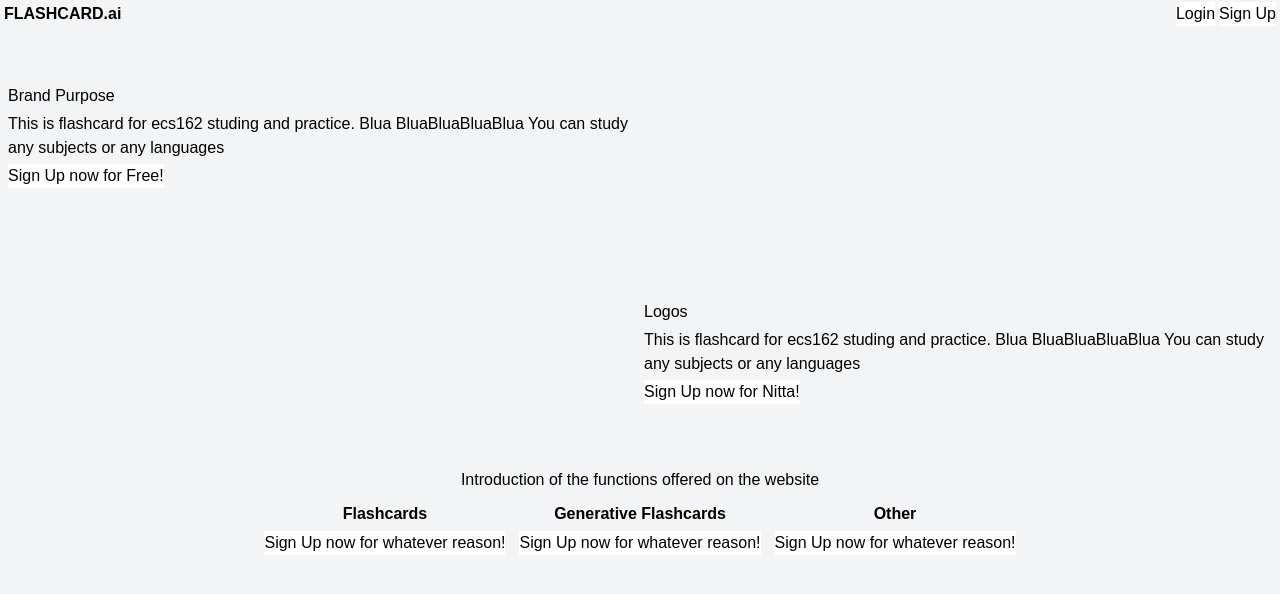
Repository: greg-chang/flashcard-website
Page: / (app in frontend/)
These files come from the project's save history. The page is drawn as it stood at one moment and after the next save; the edit follows.
The browser window is 1280 px wide. The pictures show the whole page.
The page's requests for data from a server got no answer. The project was rebuilt for these pictures with package versions that can differ from the ones it lists, and the page was loaded fresh each time. Some packages were replaced by stand-ins written for this rebuild. The framework's server and built-in components were replaced by stand-ins that run in the browser. No one was signed in, and anything a server would have sent is missing. Also part of the build but not shown: frontend/next.config.ts, frontend/src/app/components/CardComponent.tsx, frontend/src/app/components/UserInterface.tsx.

Above is the page before, as saved 2025-05-29 22:20:23.

### frontend/src/app/layout.tsx
import type { Metadata } from "next";
import { Geist, Geist_Mono } from "next/font/google";
import { ClerkProvider } from '@clerk/nextjs';
import "./globals.css";

const geistSans = Geist({
  variable: "--font-geist-sans",
  subsets: ["latin"],
});

const geistMono = Geist_Mono({
  variable: "--font-geist-mono",
  subsets: ["latin"],
});

export const metadata: Metadata = {
  title: "Flashcard Website",
  description: "ECS 162 - Web Programming Final Project",
};

export default function RootLayout({
  children,
}: Readonly<{
  children: React.ReactNode;
}>) {
  return (
    <ClerkProvider>
      <html lang="en">
        <body
          className={`${geistSans.variable} ${geistMono.variable} antialiased`}
        >
          {children}
        </body>
      </html>
    </ClerkProvider>
  );
}

### frontend/src/app/page.tsx
'use client';
import Homepage from './components/Homepage';
import UserInterface from './components/UserInterface';
import Dashboard from './components/Dashboard';
import { useUser } from '@clerk/nextjs';

export default function Home() {
  const { isSignedIn, isLoaded } = useUser();
  if (!isLoaded) {
    return <div>Loading...</div>;
  }
  return (
    <main className="min-h-screen bg-gray-100">
      {isSignedIn ? <UserInterface /> : <Homepage />}
    </main>
  );
}

### frontend/src/app/globals.css
@import "tailwindcss";

:root {
  --background: var(--color-sand);
  --foreground: var(--color-walnut);
}

@theme {
  /* Light */
  --color-sand: #F0EAE2 ;
  /* Medium */
  --color-coffee: #937156 ;
  /* Medium Text */
  --color-walnut: #8F6E4F ;
  /* VERY DARK */
  --color-expresso: #341D09 ;
  /* DESATURATED MEDIUM */
  --color-mocha: #604E3C ;
}

@theme inline {
  --color-background: var(--background);
  --color-foreground: var(--foreground);
  --font-sans: var(--font-geist-sans);
  --font-mono: var(--font-geist-mono);
}
/*
@john found out that this is what caused the white text of white background
@media (prefers-color-scheme: dark) {
  :root {
    --background: #0a0a0a;
    --foreground: #ededed;
  }
} */

body {
  background: var(--background);
  color: var(--foreground);
  font-family: Arial, Helvetica, sans-serif;
}

### frontend/src/app/components/Homepage.tsx
'use client';
import {
  Box,
  Button,
  Center,
  Heading,
  Stack,
  Text,
  VStack,
  HStack,
  SimpleGrid,
  Flex,
} from '@chakra-ui/react';
import { SignInButton, SignUpButton } from '@clerk/nextjs';
import Header from './Header';

export default function Homepage() {
  return (
    <Box minH="100vh" bg="pink.50" color="black">
      <Header />
      {/* Intro*/}
      {/* https://www.chakra-ui.com/docs/components/simple-grid
      // https://www.chakra-ui.com/docs/components/stack */}
      <SimpleGrid columns={[1, null, 2]} spacing={8} p={8} alignItems="center">
        <VStack align="start" spacing={4}>
          <Heading size="lg">Brand Purpose</Heading>
          <Text>
            This is flashcard for ecs162 studing and practice. Blua BluaBluaBluaBlua You can study any subjects or any languages
          </Text>
          <SignUpButton mode="modal">
            <Button bg="white" _hover={{ bg: 'gray.100' }}>
              Sign Up now for Free!
            </Button>
          </SignUpButton>
        </VStack>
        <Box bg="pink.300" h="200px" borderRadius="full" />
      </SimpleGrid>

      {/* LOGO*/}
      <SimpleGrid columns={[1, null, 2]} spacing={8} p={8} alignItems="center">
        <Box bg="pink.400" h="200px" borderRadius="full" />
        <VStack align="start" spacing={4}>
          <Heading size="lg">Logos</Heading>

          <Text>This is flashcard for ecs162 studing and practice. Blua BluaBluaBluaBlua You can study any subjects or any languages</Text>
          <SignUpButton mode="modal">
            <Button bg="white" _hover={{ bg: 'gray.100' }}>
            Sign Up now for Nitta!
            </Button>
          </SignUpButton>
        </VStack>
      </SimpleGrid>

      {/* Funtionality introduction  Maybe add some content here?*/}
      <Center p={8}>
        <VStack spacing={6} w="full">
          <Heading size="md">Introduction of the functions offered on the website</Heading>
          <SimpleGrid columns={[1, null, 3]} spacing={6} w="full">
            {['Flashcards', 'Generative Flashcards', 'Other'].map((feature) => (
              <Box key={feature} bg="pink.250" p={4} borderRadius="lg" textAlign="center">
                <Text fontWeight="bold" mb={4}>{feature}</Text>
                <SignUpButton mode="modal">
                  <Button bg="white" _hover={{ bg: 'gray.100' }}>
                    Sign Up now for whatever reason!
                  </Button>
                </SignUpButton>
              </Box>
            ))}
          </SimpleGrid>
        </VStack>
      </Center>
    </Box>
  );
}

### frontend/src/app/components/Header.tsx
'use client';
import {
  Box,
  Flex,
  Heading,
  Spacer,
  Button,
  HStack,
  Text,
} from '@chakra-ui/react';
import { SignInButton, SignUpButton, UserButton, useUser } from '@clerk/nextjs';

export default function Header() {
  const { isSignedIn, isLoaded } = useUser();

  return (
    <Box
      as="header"
      position="sticky"
      top={0}
      zIndex={10}
      bg="pink.200"
      px={4}
      py={2}
      shadow="sm"
    >
      <Flex align="center">
        {/* Logo */}
        <Heading size="md" color="black">
        <Flex
          fontSize="2xl"
          fontWeight="800"
          display="flex"
          alignItems="center"
        >
          FLASH
          <Text
            as="span"
            fontSize="2xl"
            fontWeight="800"
            color="green.600"
            maxWidth="60ch"
          >
            CARD
          </Text>
          .ai
        </Flex>
        </Heading>

        <Spacer />

        {/* Right side: Auth buttons or Avatar */}
        {isLoaded && (
          <HStack spacing={4}>
            {isSignedIn ? (
              <UserButton afterSignOutUrl="/" />
            ) : (
              <>
                <SignInButton mode="modal">
                  <Button size="sm" bg="white" _hover={{ bg: 'gray.100' }}>
                    Login
                  </Button>
                </SignInButton>
                <SignUpButton mode="modal">
                  <Button size="sm" bg="white" _hover={{ bg: 'gray.100' }}>
                    Sign Up
                  </Button>
                </SignUpButton>
              </>
            )}
          </HStack>
        )}
      </Flex>
    </Box>
  );
}

After the next save:
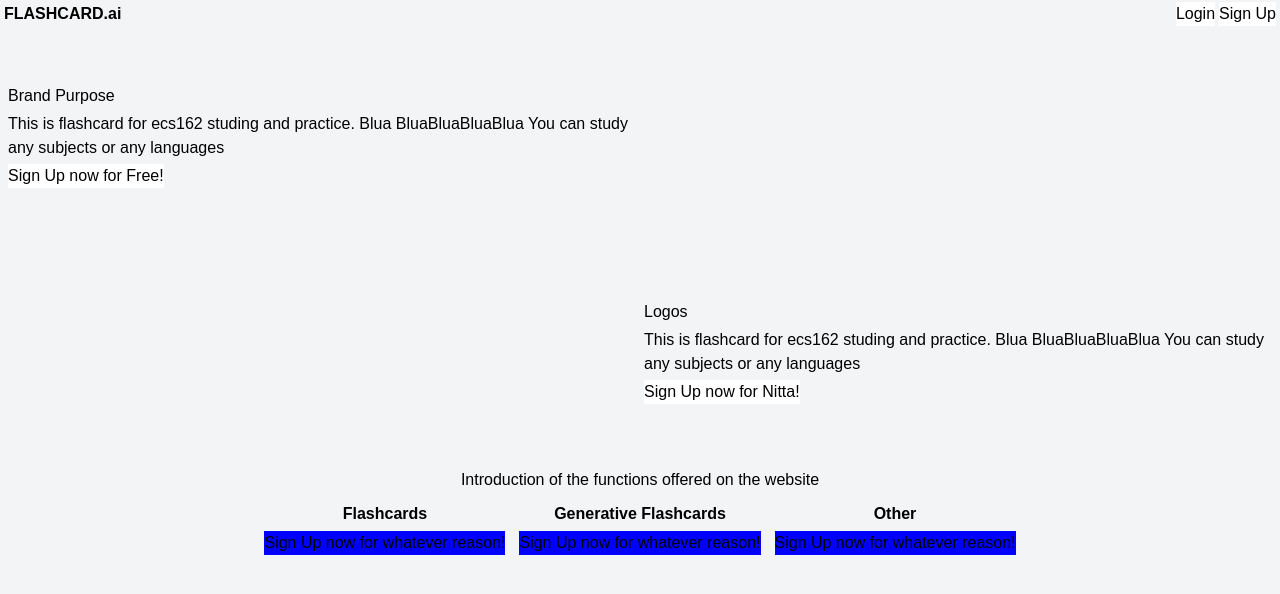
Saved 28 s later.
--- a/frontend/src/app/components/Homepage.tsx
+++ b/frontend/src/app/components/Homepage.tsx
@@ -60,7 +60,7 @@ export default function Homepage() {
               <Box key={feature} bg="pink.250" p={4} borderRadius="lg" textAlign="center">
                 <Text fontWeight="bold" mb={4}>{feature}</Text>
                 <SignUpButton mode="modal">
-                  <Button bg="white" _hover={{ bg: 'gray.100' }}>
+                  <Button bg="blue" _hover={{ bg: 'blue.100' }}>
                     Sign Up now for whatever reason!
                   </Button>
                 </SignUpButton>
